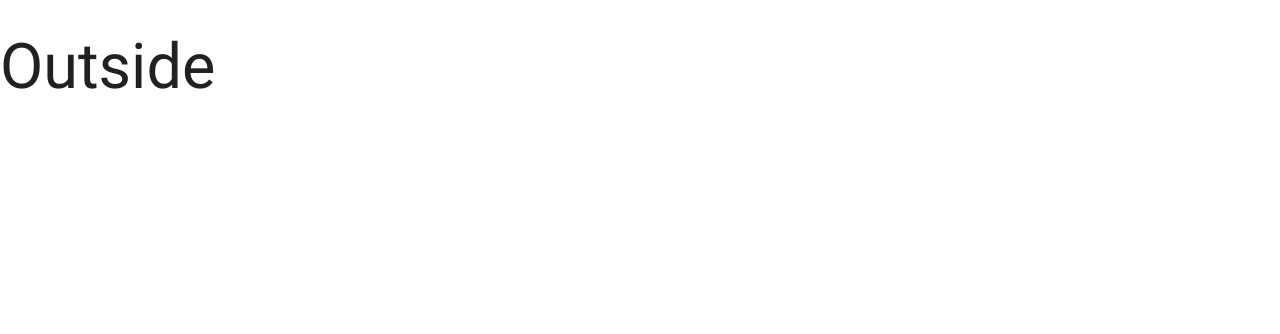
Repository: nakitamccool/francisillingworth-milestone-project-3
Page: http://localhost/get_recipes
The author's editor kept a record of every edit. The page is drawn from the files as they stood at one moment, then again after the next edit.
The browser window is 1280 px wide. The pictures show the whole page.
The page is served by the project's application, run on Flask 3 (app.py). Queries for data that is not in the repository find no rows.

Above is the page before.

### templates/recipes.html
 {% extends 'base.html' %}
 {% block content %}
    {% for recipe in recipes %} <br>
    {{recipe.cuisine_type}}<br>
    {{recipe.recipe_name}}<br>
    {{recipe.author}}<br>
    {{recipe.ingredients}}<br>
    {{recipe.method}}<br>
    {{recipe.cook_time}}<br>


    {% endfor %}

{% endblock %}

### templates/base.html
<!DOCTYPE html>
<html lang="en">
<head>
    <link href="https://fonts.googleapis.com/icon?family=Material+Icons"
      rel="stylesheet">
    <link rel="stylesheet"  href="https://cdnjs.cloudflare.com/ajax/libs/materialize/0.100.2/css/materialize.min.css">


</head>
<body>
    <h1>Outside</h1>
    {% block content %}
    {% endblock %}
    <script src="https://cdnjs.cloudflare.com/ajax/libs/jquery/3.4.1/jquery.min.js" integrity="sha256-CSXorXvZcTkaix6Yvo6HppcZGetbYMGWSFlBw8HfCJo=" crossorigin="anonymous"></script>
    <script src="https://cdnjs.cloudflare.com/ajax/libs/materialize/0.100.2/js/materialize.min.js"></script>
    <script type="text/javascript">
         $(document).ready(function(){
    $('.collapsible').collapsible();
  });

    </script>


</body>
</html>

### app.py
import os
from flask import Flask , render_template, redirect, request, url_for
from flask_pymongo import PyMongo
from bson.objectid import ObjectId

db_password = os.environ.get('DB_PASSWORD')

app = Flask(__name__)

app.config["MONGO_DBNAME"] = 'recipe_project'
app.config["MONGO_URI"] = 'mongodb+srv://root:r00tUser@myfirstcluster-aogax.mongodb.net/recipe_project?retryWrites=true&w=majority'

mongo = PyMongo(app)

@app.route('/')
@app.route('/get_recipes')
def get_recipes():
    return render_template("recipes.html", recipes=mongo.db.recipe.find())



if __name__ == '__main__':
    app.run(host=os.environ.get('IP'),
            port=int(os.environ.get('PORT')),
            debug=True)

After the next edit:
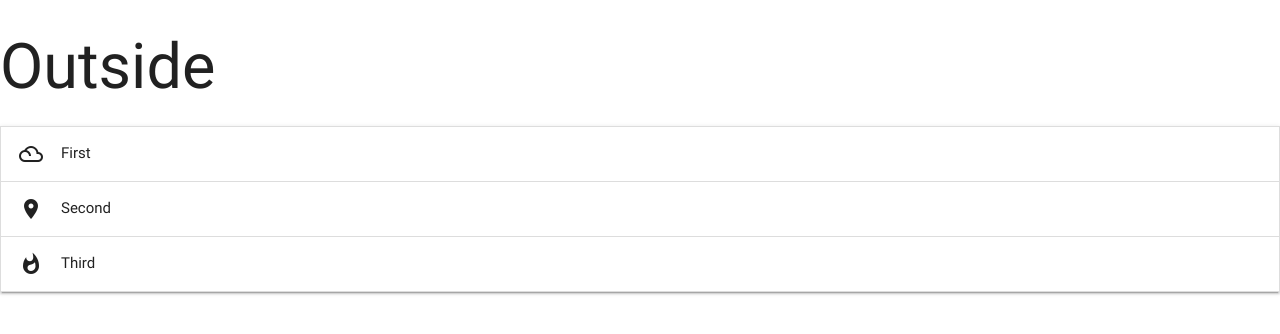
The edit:
--- a/templates/recipes.html
+++ b/templates/recipes.html
@@ -7,8 +7,24 @@
     {{recipe.ingredients}}<br>
     {{recipe.method}}<br>
     {{recipe.cook_time}}<br>
+    {% endfor %}
 
 
-    {% endfor %}
+<ul class="collapsible">
+    <li>
+      <div class="collapsible-header"><i class="material-icons">filter_drama</i>First</div>
+      <div class="collapsible-body"><span>Lorem ipsum dolor sit amet.</span></div>
+    </li>
+    <li>
+      <div class="collapsible-header"><i class="material-icons">place</i>Second</div>
+      <div class="collapsible-body"><span>Lorem ipsum dolor sit amet.</span></div>
+    </li>
+    <li>
+      <div class="collapsible-header"><i class="material-icons">whatshot</i>Third</div>
+      <div class="collapsible-body"><span>Lorem ipsum dolor sit amet.</span></div>
+    </li>
+ </ul>
+
+
 
 {% endblock %}

After the 3 edits that followed:
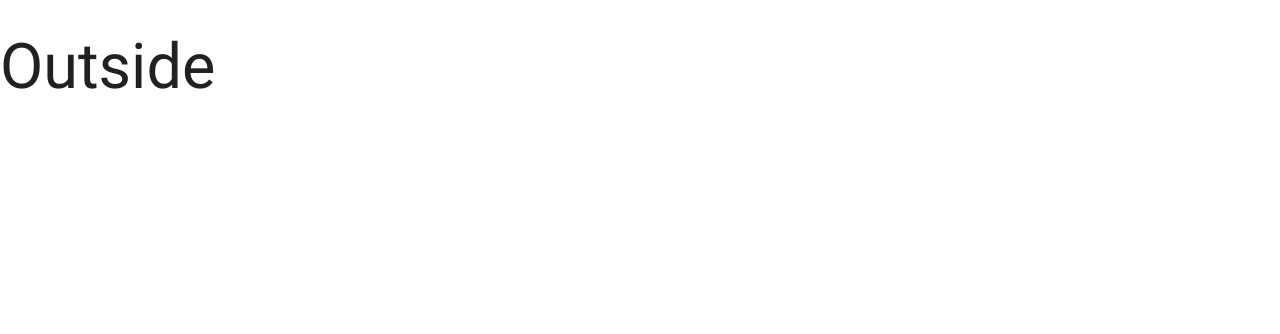
The 3 edits are shown as one change because 2 left the picture as it was.
The edit:
--- a/templates/recipes.html
+++ b/templates/recipes.html
@@ -10,20 +10,7 @@
     {% endfor %}
 
 
-<ul class="collapsible">
-    <li>
-      <div class="collapsible-header"><i class="material-icons">filter_drama</i>First</div>
-      <div class="collapsible-body"><span>Lorem ipsum dolor sit amet.</span></div>
-    </li>
-    <li>
-      <div class="collapsible-header"><i class="material-icons">place</i>Second</div>
-      <div class="collapsible-body"><span>Lorem ipsum dolor sit amet.</span></div>
-    </li>
-    <li>
-      <div class="collapsible-header"><i class="material-icons">whatshot</i>Third</div>
-      <div class="collapsible-body"><span>Lorem ipsum dolor sit amet.</span></div>
-    </li>
- </ul>
+
 
 
 
